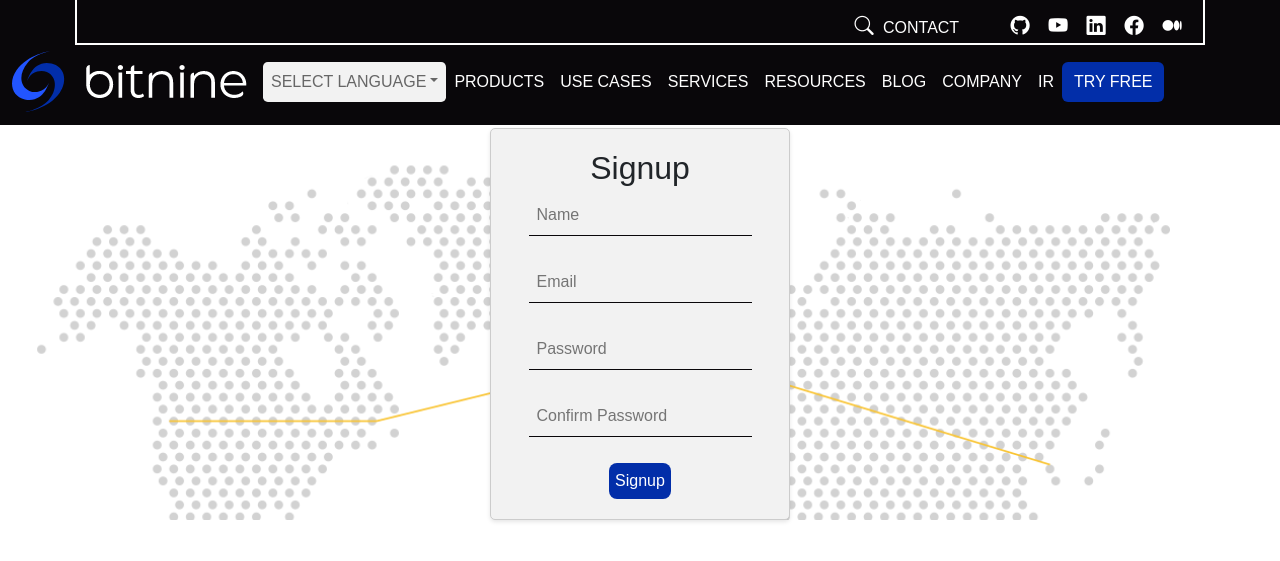
Repository: devblackie/signinpage
Page: /
An editor plug-in stored every save of this project. The page is shown before and after the next save, followed by the edit.
The browser window is 1280 px wide. The pictures show the whole page.
Some web fonts or font styles are not loaded; a fallback is used. The project was rebuilt for these pictures with package versions that can differ from the ones it lists, and the page was loaded fresh each time. Also part of the build but not shown: vite.config.js, src/components/Login.jsx, src/components/Dashboard.jsx, src/components/Home.jsx, src/components/ProtectedDashboard.jsx.

Above is the page before, as saved 2023-08-28 17:03:04.

After the next save:
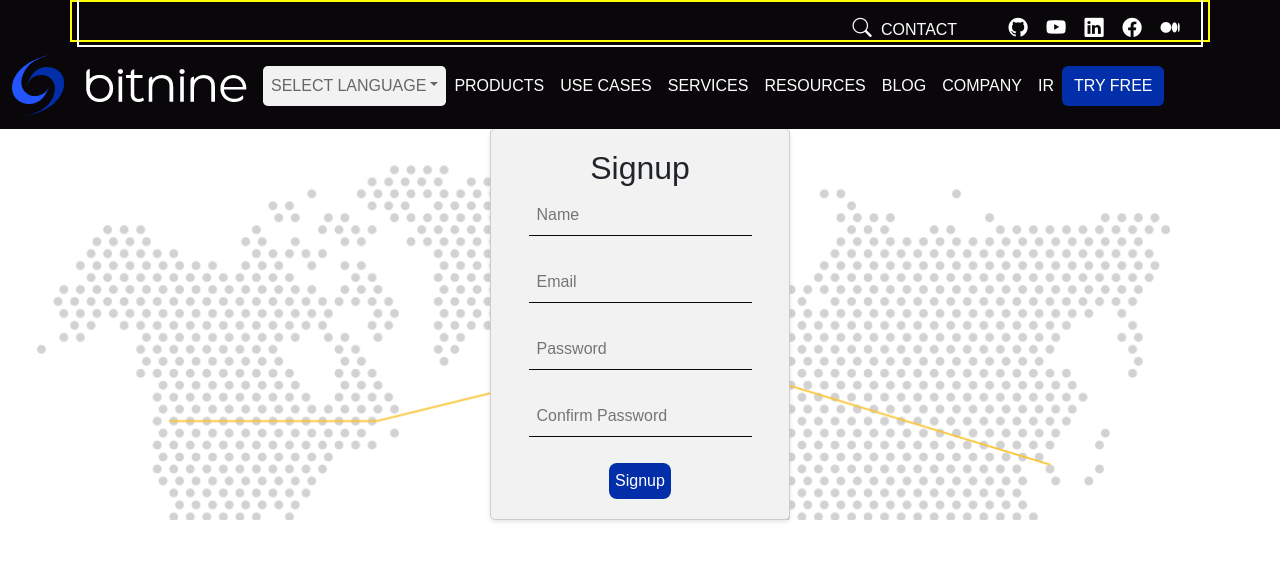
Saved 9 s later.
--- a/src/components/style/navbar.css
+++ b/src/components/style/navbar.css
@@ -16,7 +16,7 @@
     color: #666666;
   }
 }
-.topbar .container{border:2px solid yelow;}
+.topbar .container{border:2px solid yellow;}
 
 .topbar .container .row {
   margin: -7px;
